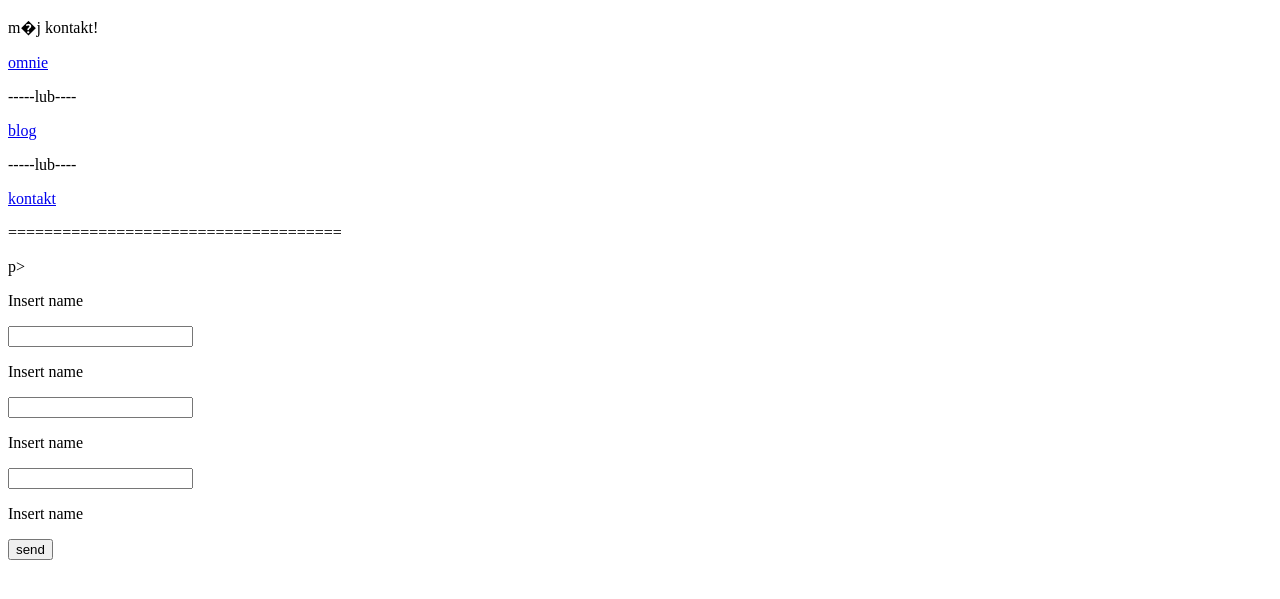
Repository: kamilolejniczak/Spring-kurs-nauka
Page: http://localhost/kontakt
An editor plug-in stored every save of this project. The page is shown before and after the next save, followed by the edit.
The browser window is 1280 px wide. The pictures show the whole page.
The page is this project's Thymeleaf template; nobody is signed in. The template is opened directly, without the code that normally fills it, so the values that code supplies are empty.

Above is the page before, as saved 2017-08-28 12:38:43.

After the next save:
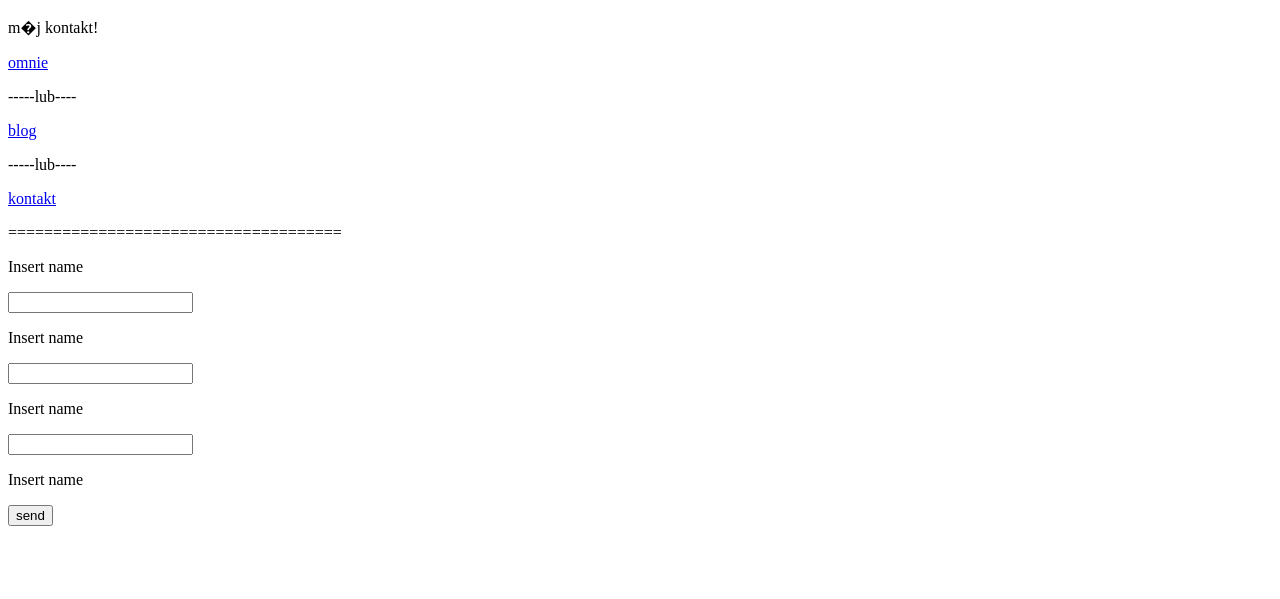
Saved 68 s later.
--- a/D-MVC2-j/src/main/resources/templates/kontakt.html
+++ b/D-MVC2-j/src/main/resources/templates/kontakt.html
@@ -9,7 +9,7 @@
 	<p>-----lub----</p>
 	<a href="#">kontakt</a>
 
-<p>=====================================</p>p>
+<p>=====================================</p>
 
 	<form action="/success" method="get">
 		<p>Insert name</p>
